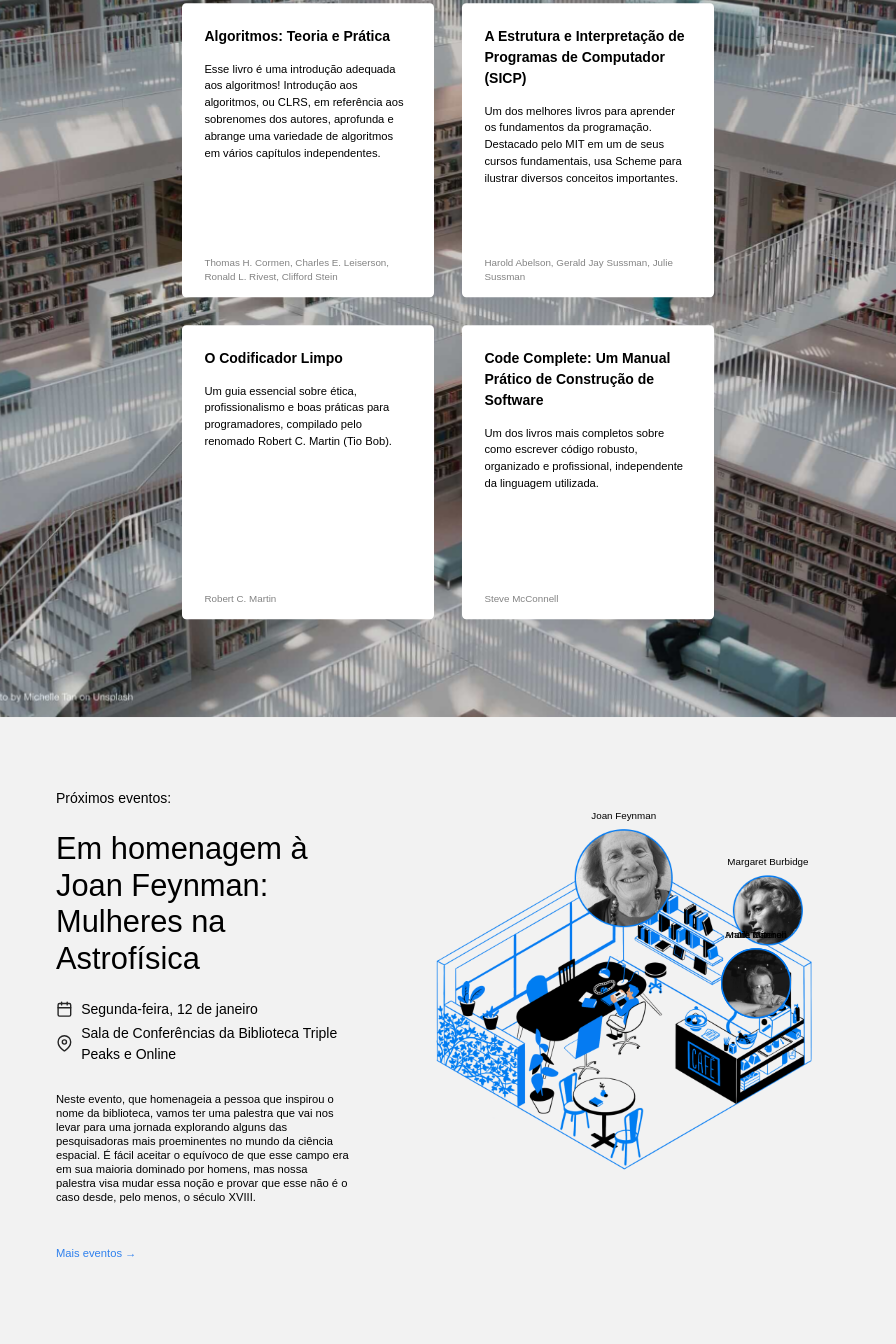
Repository: thainagomesc/web_project_library_pt
Page: index.html
An editor plug-in stored every save of this project. The page is shown before and after the next save, followed by the edit.
The browser window is 1280 px wide. The pictures show the part of the page from y = 962 to 2882 px (the page is 2882 px tall), at 70% of full size.

Above is the page before, as saved 2025-12-28 21:10:41.

### index.html
<!DOCTYPE html>
<html lang="pt">
  <head>
    <meta charset="UTF-8" />
    <meta name="viewport" content="width=device-width, initial-scale=1.0" />
    <title>Biblioteca Triple Peaks</title>
    <link rel="shortcut icon" href="favicon.ico" />
    <link rel="stylesheet" href="./vendor/normalize.css" />
    <link rel="stylesheet" href="./styles/style.css" />
  </head>

  <body>
    <div class="page">
      <header class="header">
        <nav class="nav">
          <img
            src="./images/logo.svg"
            alt="Logotipo da Biblioteca Triple Peaks"
            class="nav__logo"
          />

          <ul class="nav__links">
            <li><a class="nav__link" href="#staff">Escolhas da Equipe</a></li>
            <li><a class="nav__link" href="#">Eventos</a></li>
            <li><a class="nav__link" href="#">Seja um membro</a></li>
            <li><a class="nav__link" href="#">Contatos</a></li>
          </ul>
        </nav>

        <div class="header__content">
          <div>
            <h1 class="header__title">Bem-vindo à Biblioteca Triple Peaks</h1>
            <p class="header__description">
              Temos o prazer de abrir as portas da nossa biblioteca a todos! Venha expandir
              seus conhecimentos de desenvolvimento, ou apenas use esse belo local para trabalhar
              ou estudar. Esse é um lugar legal para estudantes legais!
            </p>
          </div>
          <img
            src="./images/inside_the_library.png"
            alt="Ilustração 'Dentro da biblioteca'"
            class="header__image"
          />
        </div>

        <div class="header__footer">
          <p class="header__address">Triple Peaks, 200 Success Avenue</p>
        </div>
      </header>

      <main class="content">
        <section class="staff" id="staff">
          <h2 class="staff__title">Escolhas da Equipe</h2>
          <p class="staff__subtitle">Que nossos leitores adoram</p>

          <ul class="staff__cards">

            <li class="card">
              <div class="card__content">
                <h3 class="card__title">Algoritmos: Teoria e Prática</h3>
                <p class="card__text">
                  Esse livro é uma introdução adequada aos algoritmos! Introdução aos algoritmos,
                  ou CLRS, em referência aos sobrenomes dos autores, aprofunda e abrange uma
                  variedade de algoritmos em vários capítulos independentes.
                </p>
                <p class="card__footer">
                  Thomas H. Cormen, Charles E. Leiserson, Ronald L. Rivest, Clifford Stein
                </p>
              </div>
            </li>

            <li class="card">
              <div class="card__content">
                <h3 class="card__title">
                  A Estrutura e Interpretação de Programas de Computador (SICP)
                </h3>
                <p class="card__text">
                  Um dos melhores livros para aprender os fundamentos da programação. Destacado
                  pelo MIT em um de seus cursos fundamentais, usa Scheme para ilustrar diversos
                  conceitos importantes.
                </p>
                <p class="card__footer">
                  Harold Abelson, Gerald Jay Sussman, Julie Sussman
                </p>
              </div>
            </li>

            <li class="card">
              <div class="card__content">
                <h3 class="card__title">
                  O Codificador Limpo
                </h3>
                <p class="card__text">
                  Um guia essencial sobre ética, profissionalismo e boas práticas para programadores,
                  compilado pelo renomado Robert C. Martin (Tio Bob).
                </p>
                <p class="card__footer">Robert C. Martin</p>
              </div>
            </li>

            <li class="card">
              <div class="card__content">
                <h3 class="card__title">
                  Code Complete: Um Manual Prático de Construção de Software
                </h3>
                <p class="card__text">
                  Um dos livros mais completos sobre como escrever código robusto, organizado e
                  profissional, independente da linguagem utilizada.
                </p>
                <p class="card__footer">Steve McConnell</p>
              </div>
            </li>
          </ul>
        </section>

        <section class="events">
        <div class="events__content">

          <h2 class="events__heading">Próximos eventos:</h2>
          <h3 class="events__title">
          Em homenagem à Joan Feynman: Mulheres na Astrofísica
          </h3>

          <div class="event-info events__info-section">
            <div class="event-info__item">

              <img
                src="./images/icon_calendar.svg"
                alt="Calendar icon"
                class="event-info__icon"
              />

              <p class="event-info__text">Segunda-feira, 12 de janeiro</p>
            </div>

            <div class="event-info__item">

              <img
                src="./images/icon_pin.svg"
                alt="Pin icon"
                class="event-info__icon"
              />

              <p class="event-info__text">
                Sala de Conferências da Biblioteca Triple Peaks e Online
              </p>
            </div>
          </div>

          <p class="events__description">
            Neste evento, que homenageia a pessoa que inspirou o nome da biblioteca, vamos ter uma
            palestra que vai nos levar para uma jornada explorando alguns das pesquisadoras mais
            proeminentes no mundo da ciência espacial. É
            fácil aceitar o equívoco de que esse campo era em sua maioria
            dominado por homens, mas nossa palestra visa mudar essa noção e
            provar que esse não é o caso desde, pelo menos,
            o século XVIII.
          </p>
          <a href="#" class="events__more">Mais eventos &rarr;</a>
        </div>

        <div class="events__cover">
          <img
            src="./images/cafe.png"
            alt="Ilustração 'Café na Biblioteca'"
            class="events__image"
          />

          <div class="person person_name_feynman">
            <p class="person__caption">Joan Feynman</p>

            <img
              src="./images/person_feynman.png"
              alt="Ilustração de Joan Feynman"
              class="person__image person__image_size_l"
            />
          </div>

          <div class="person person_name_burbidge">
            <p class="person__caption">Margaret Burbidge</p>

            <img
              src="./images/person_burbidge.png"
              alt="Ilustração de Margaret Burbidge"
              class="person__image person__image_size_m"
            />
          </div>

          <div class="person person_name_cannon">
            <p class="person__caption">Annie Cannon</p>

            <img
              src="./images/person_cannon.png"
              alt="Ilustração de Annie Cannon"
              class="person__image person__image_size_m"
            />
          </div>

          <div class="person person_name_mitchell">
            <p class="person__caption">Maria Mitchell</p>

            <img
              src="./images/person_mitchell.png"
              alt="Ilustração de Maria Mitchell"
              class="person__image person__image_size_m"
            />
          </div>

          <div class="person person_name_tarter">
            <p class="person__caption">Jill Tarter</p>

            <img
              src="./images/person_tarter.png"
              alt="Ilustração de Jill Tarter"
              class="person__image person__image_size_m"
            />
          </div>

        </section>

      </main>
    </div>
  </body>
</html>

### styles/style.css
.page {
  min-width: 1100px;
  max-width: 1600px;
  margin: 0 auto;
  font-family: Arial, sans-serif;
  font-size: 16px;
  line-height: 20px;
}

.header {
  display: flex;
  flex-direction: column;
  height: 100vh;
  min-height: 720px;
  max-height: 800px;
  padding: 30px 80px 40px;
  position: relative;
  box-sizing: border-box;
}

.nav {
  display: flex;
  justify-content: space-between;
}

.nav__logo {
  width: 80px;
  height: 58px;
}

.nav__links {
  list-style-type: none;
  padding: 0;
  margin: 8px 0 0;
  display: flex;
  column-gap: 20px;
}

.nav__link {
  color: #000000;
  text-decoration: none;
}

.header__content {
  display: flex;
  justify-content: space-between;
}

.header__title {
  max-width: 635px;
  margin: 128px 0 32px;
  font-size: 62px;
  line-height: 76px;
  font-weight: 500;
}

.header__description {
  max-width: 515px;
  margin: 0;
  font-size: 20px;
  line-height: 30px;
}

.header__image {
  max-width: 636px;
}

.header__footer {
  margin-top: auto;
  width: 100%;
  display: flex;
  align-items: center;
  justify-content: flex-end;
  box-sizing: border-box;
}

.header__link {
  color: #2f80ed;
  text-decoration: none;
}

.header__address {
  margin: 0;
  color: #838383;
}

/* STAFF SECTION */

.staff {
  background-image: url("../images/staff_picks_background.jpg");
  background-position: center;
  background-size: cover;
  padding: 100px 0 140px;
}

.staff__title {
  text-align: center;
  font-size: 44px;
  line-height: 52px;
  font-weight: 400;
  margin: 0 0 24px;
  color: #ffffff;
}

.staff__subtitle {
  text-align: center;
  font-size: 20px;
  line-height: 30px;
  font-weight: 400;
  margin: 0;
  color: #ffffff;
}

.staff__cards {
  max-width: 760px;
  margin: 40px auto 0;
  padding: 0;
  list-style-type: none;
  display: flex;
  flex-wrap: wrap;
  justify-content: center;
  gap: 40px;
}

.card {
  background-color: #fff;
  border-radius: 6px;
  padding: 32px 40px 20px 32px;
  box-sizing: border-box;
  height: 420px;
  width: 360px;
  list-style-type: none;
}

.card__content {
  width: 100%;
  height: 100%;
  display: flex;
  flex-direction: column;
}

.card__title {
  font-size: 20px;
  line-height: 30px;
  font-weight: 700;
  margin: 0;
}

.card__text {
  margin: 20px 0 0;
  font-size: 16px;
  line-height: 24px;
}

.card__footer {
  margin: 0;
  font-size: 14px;
  line-height: 20px;
  color: #838383;
  margin-top: auto;
}

.events {
  padding: 100px 0 120px 80px;
  display: flex;
  align-items: start;
  justify-content: space-between;
  box-sizing: border-box;
  background-color: #f2f2f2;
}

.events__content {
  flex-basis: 580px;
}

.events__heading {
  font-size: 20px;
  font-weight: 500;
  line-height: 30px;
  margin: 0;
}

.events__title {
  font-size: 44px;
  font-weight: 500;
  line-height: 52px;
  margin: 32px 0 0;
}

.events__info-section {
  margin-top: 32px;
}

.event-info__item {
  display: flex;
  align-items: center;
  margin-bottom: 4px;
  font-weight: 500;
}

.event-info__icon {
  background-repeat: no-repeat;
  background-position: center;
  margin-right: 12px;
  width: 24px;
  height: 24px;
}

.event-info__text {
  font-size: 20px;
  font-weight: 500;
  line-height: 30px;
  margin: 0;
}

.events__description {
  margin: 40px 0 60px;
}

.events__more {
  color: #2f80ed;
  text-decoration: none;
}

.events__cover {
  flex-grow: 1;
  flex-shrink: 0;
  flex-basis: 780px;
  max-width: 780px;
  position: relative;
}

.events__image {
  max-width: 100%;
}

.person {
  position: absolute;
  display: flex;
  align-items: center;
  flex-direction: column;
  gap: 10px;
}

.person_name_feynman {
  top: 30px;
  right: 319px;
  bottom: auto;
  left: auto;
}

.person_name_burbidge {
  top: 96px;
  right: 125px;
  bottom: auto;
  left: auto;
}

.person_name_cannon {
  top: 200px;
  right: 150px;
  bottom: auto;
  left: auto;
}

.person_name_mitchell {
  top: 200px;
  right: 150px;
  bottom: auto;
  left: auto;
}

.person_name_tarter {
  top: 200px;
  right: 150px;
  bottom: auto;
  left: auto;
}

.person__image {
  max-width: 100%;
}

.person__image_size_l {
  width: 140px;
}

.person__image_size_m {
  width: 100px;
}

.person__image_size_s {
  width: 80px;
}

.person__caption {
  text-align: center;
  font-size: 14px;
  margin: 0;
}

Loaded but not shown: vendor/normalize.css (library)

After the next save:
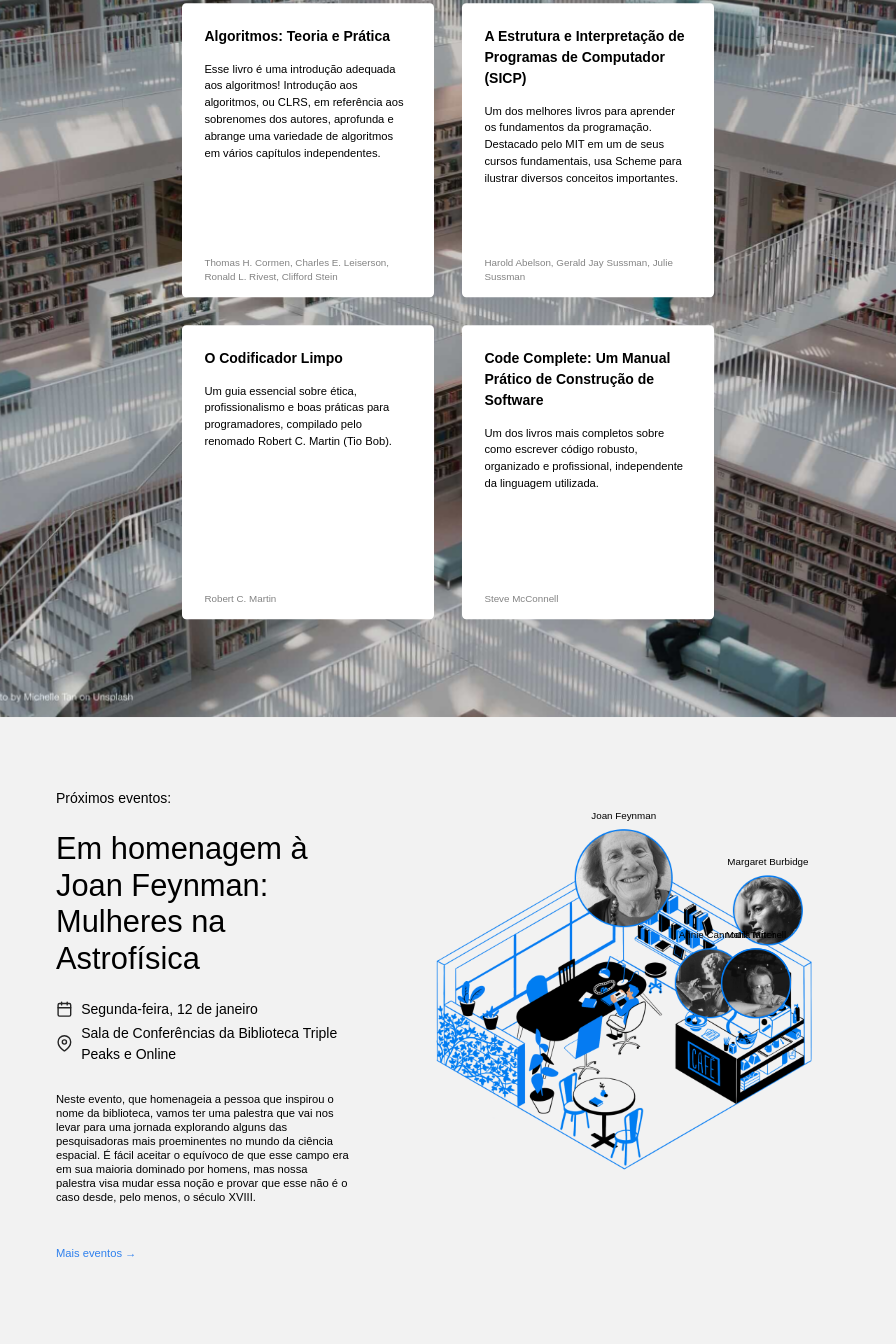
Saved 47 s later.
--- a/styles/style.css
+++ b/styles/style.css
@@ -258,7 +258,7 @@
 
 .person_name_cannon {
   top: 200px;
-  right: 150px;
+  right: 216px;
   bottom: auto;
   left: auto;
 }
